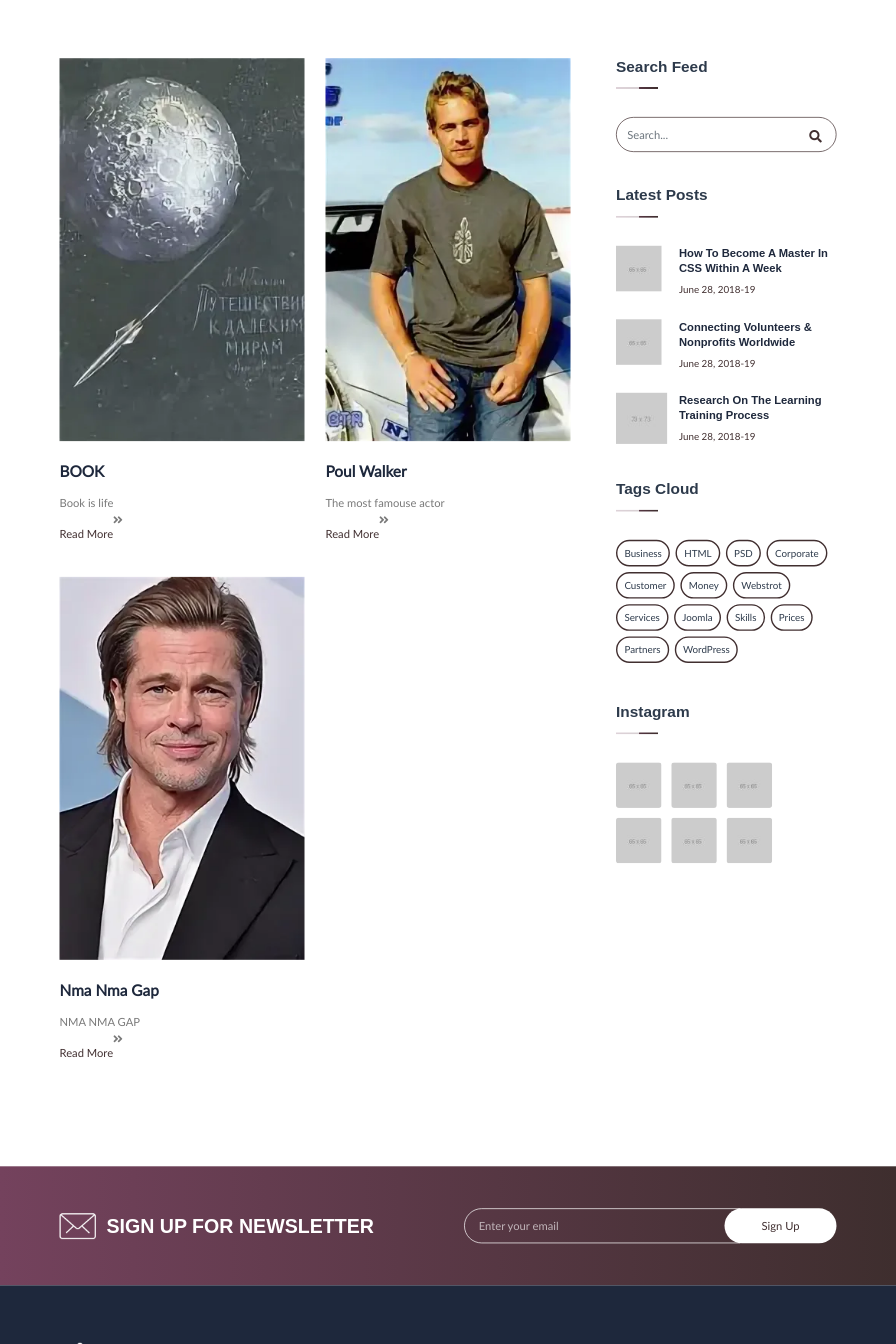
Repository: maqsudov0371/vazifa7oy10dars
Page: http://localhost/service/
The author's editor kept a copy of each file at every save. The page is drawn from the files as they stood at one save, then again after the next save.
The browser window is 1280 px wide. The pictures show the part of the page from y = 603 to 2523 px (the page is 3012 px tall), at 70% of full size.
Some web fonts or font styles are not loaded; a fallback is used. The page is served by the project's application, run on Django 4.2 (manage.py). The page reads the database file committed with the project. Queries for data that is not in the repository find no rows.

Above is the page before, as saved 2024-09-11 15:00:58.
Console error: TypeError: Cannot read properties of undefined (reading 'left')

After the next save:
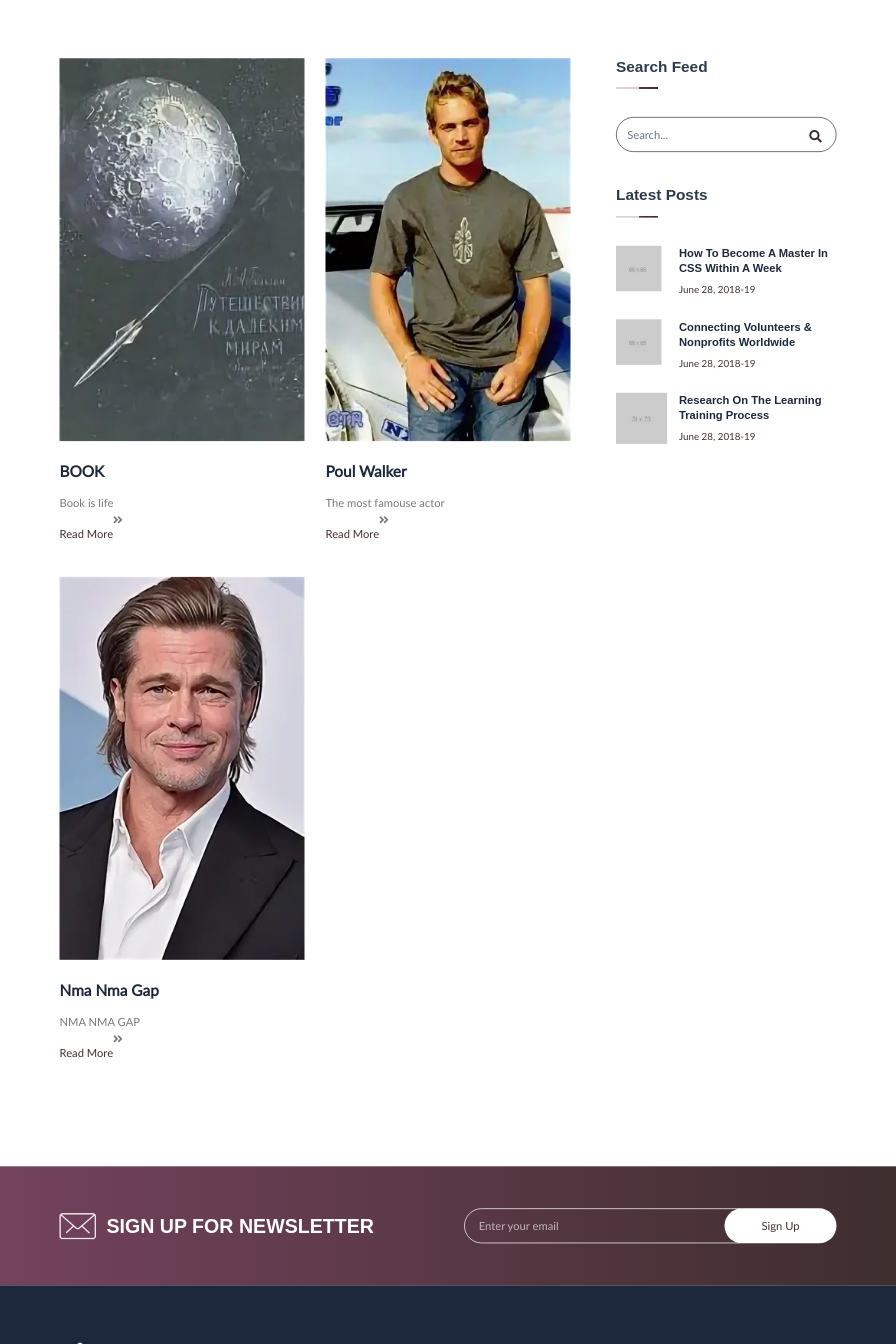
Saved 2 min 12 s later.
--- a/main/templates/main/service.html
+++ b/main/templates/main/service.html
@@ -106,98 +106,7 @@
                         </div>
                     </div>
 
-                    <!-- Tags Cloud -->
-                    <div class="sidebar_widget float_left">
-                        <div class="widget_heading">
-                            <h2>Tags Cloud</h2>
-                        </div>
-                        <div class="sidebar_tag_cloud">
-                            <ul>
-                                <li><a href="#">Business</a></li>
-                                <li><a href="#">HTML</a></li>
-                                <li><a href="#">PSD</a></li>
-                                <li><a href="#">Corporate</a></li>
-                                <li><a href="#">Customer</a></li>
-                                <li><a href="#">Money</a></li>
-                                <li><a href="#">Webstrot</a></li>
-                                <li><a href="#">Services</a></li>
-                                <li><a href="#">Joomla</a></li>
-                                <li><a href="#">Skills</a></li>
-                                <li><a href="#">Prices</a></li>
-                                <li><a href="#">Partners</a></li>
-                                <li><a href="#">WordPress</a></li>
-                            </ul>
-                        </div>
-                    </div>
 
-                    <!-- Instagram -->
-                    <div class="sidebar_widget float_left">
-                        <div class="widget_heading">
-                            <h2>Instagram</h2>
-                        </div>
-                        <ul class="instagram_images">
-                            <li>
-                                <div class="instagram_wrapper">
-                                    <div class="instagram_img_wrapper">
-                                        <img src="images/galery1.jpg" class="img-responsive" alt="gallery_img">
-                                        <div class="instagram_img_overlay">
-                                            <div class="instagram_img_overlay_icon"><i class="fa fa-search" aria-hidden="true"></i></div>
-                                        </div>
-                                    </div>
-                                </div>
-                            </li>
-                            <li>
-                                <div class="instagram_wrapper">
-                                    <div class="instagram_img_wrapper">
-                                        <img src="images/galery2.jpg" class="img-responsive" alt="gallery_img">
-                                        <div class="instagram_img_overlay">
-                                            <div class="instagram_img_overlay_icon"><i class="fa fa-search" aria-hidden="true"></i></div>
-                                        </div>
-                                    </div>
-                                </div>
-                            </li>
-                            <li>
-                                <div class="instagram_wrapper">
-                                    <div class="instagram_img_wrapper">
-                                        <img src="images/galery3.jpg" class="img-responsive" alt="gallery_img">
-                                        <div class="instagram_img_overlay">
-                                            <div class="instagram_img_overlay_icon"><i class="fa fa-search" aria-hidden="true"></i></div>
-                                        </div>
-                                    </div>
-                                </div>
-                            </li>
-                            <li>
-                                <div class="instagram_wrapper">
-                                    <div class="instagram_img_wrapper">
-                                        <img src="images/galery4.jpg" class="img-responsive" alt="gallery_img">
-                                        <div class="instagram_img_overlay">
-                                            <div class="instagram_img_overlay_icon"><i class="fa fa-search" aria-hidden="true"></i></div>
-                                        </div>
-                                    </div>
-                                </div>
-                            </li>
-                            <li>
-                                <div class="instagram_wrapper">
-                                    <div class="instagram_img_wrapper">
-                                        <img src="images/galery5.jpg" class="img-responsive" alt="gallery_img">
-                                        <div class="instagram_img_overlay">
-                                            <div class="instagram_img_overlay_icon"><i class="fa fa-search" aria-hidden="true"></i></div>
-                                        </div>
-                                    </div>
-                                </div>
-                            </li>
-                            <li>
-                                <div class="instagram_wrapper">
-                                    <div class="instagram_img_wrapper">
-                                        <img src="images/galery6.jpg" class="img-responsive" alt="gallery_img">
-                                        <div class="instagram_img_overlay">
-                                            <div class="instagram_img_overlay_icon"><i class="fa fa-search" aria-hidden="true"></i></div>
-                                        </div>
-                                    </div>
-                                </div>
-                            </li>
-                        </ul>
-                    </div>
                 </div>
             </div>
         </div>
